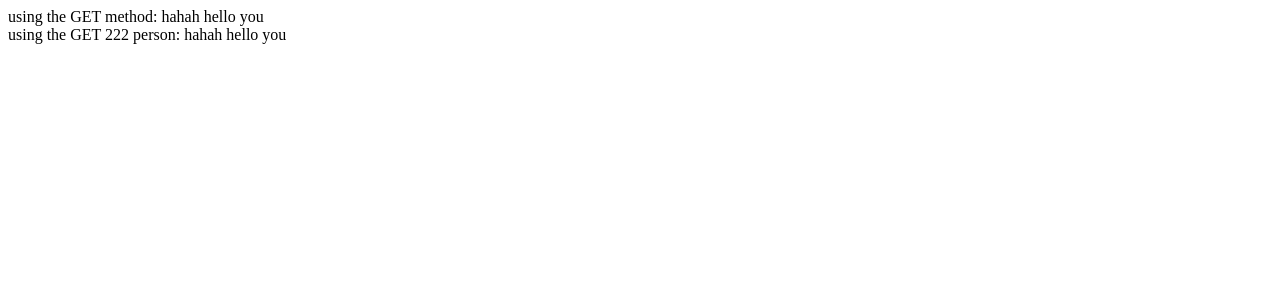
Repository: yksdy/yksdy
Page: http://localhost/servlet/servlet/InjectionServlet
The author's editor kept a copy of each file at every save. The page is drawn from the files as they stood at one save, then again after the next save.
The browser window is 1280 px wide. The pictures show the whole page.
The page is served by Tomcat 9.

Above is the page before, as saved 2017-05-28 14:47:47.

After the next save:
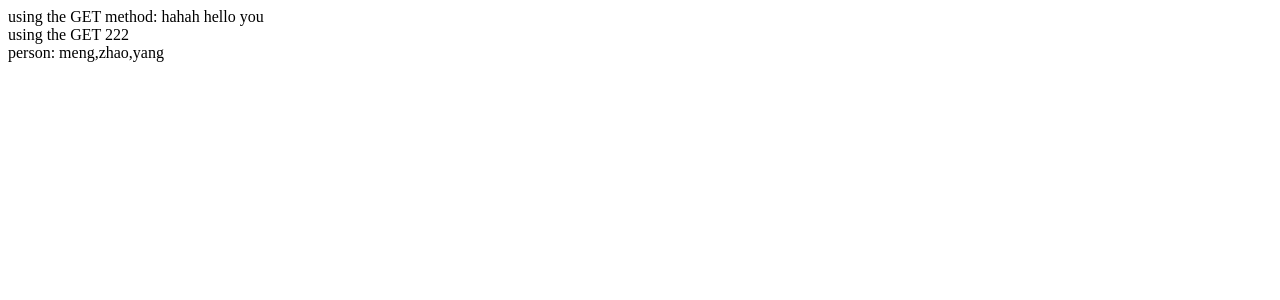
Saved 86 s later.
--- a/LongLeg/servlet/src/servlet/InjectionServlet.java
+++ b/LongLeg/servlet/src/servlet/InjectionServlet.java
@@ -37,8 +37,8 @@ public class InjectionServlet extends HttpServlet {
 		out.println("  <BODY>");
 
 		out.println("using the GET method:  "+hello+"<br/>");
-		out.println("using the GET "+y);
-		out.println("person:  "+hello+"<br/>");
+		out.println("using the GET "+y+"<br/>");
+		out.println("person:  "+per+"<br/>");
 
 		out.println("  </BODY>");
 		out.println("</HTML>");
